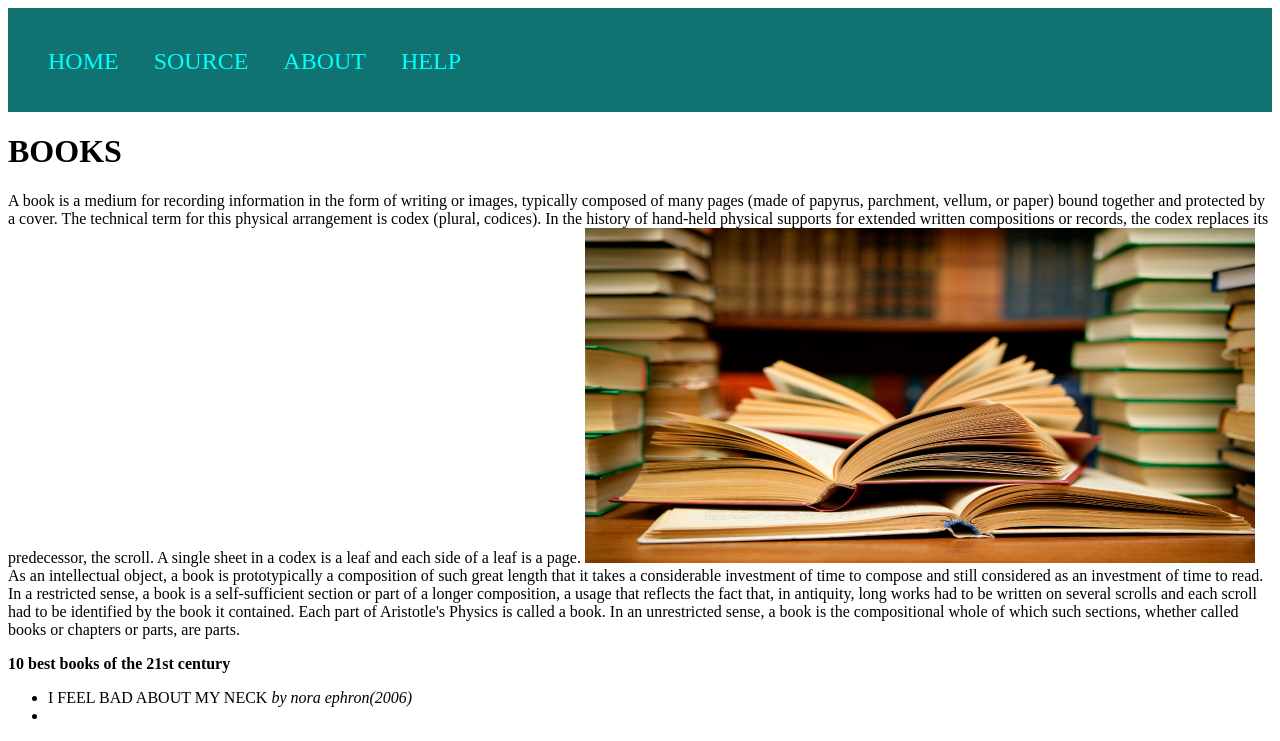
Repository: Hanan-arts/websites
Page: 01 web design/website.html
The author's editor kept a copy of each file at every save. The page is drawn from the files as they stood at one save, then again after the next save.
The browser window is 1280 px wide. The pictures show the whole page.

Above is the page before, as saved 2021-02-13 21:18:08.

### 01 web design/website.html
<!DOCTYPE html>
<html lang="en">
<head>
    <meta charset="UTF-8">
    <meta http-equiv="X-UA-Compatible" content="IE=edge">
    <meta name="viewport" content="width=device-width, initial-scale=1.0">
    <title>BOOKS WORLD</title>
</head>
<link rel="stylesheet" href="c.css">
<body>
    <div class="container">
        <div class="nav-wrapper">
        <div class="left-side">
            <div class="nav-link-wrapper">
                <a href="website.html">HOME</a>
            </div>
            <div class="nav-link-wrapper">
                <a href="Source.html">SOURCE</a>
            </div>
                <div class="nav-link-wrapper">
                    <a href="About.html">ABOUT</a>
                </div>
                    <div class="nav-link-wrapper">
                        <a href="Help.html">HELP</a>
                    </div>
                </div>
            </div>
        </div>
        </div>
        </div>
    </div>
<h1><b>BOOKS</b></h1>
<p>A book is a medium for recording information in the form of writing or images, typically composed of
many pages (made of papyrus, parchment, vellum, or paper) bound together and protected by a cover.
The technical term for this physical arrangement is codex (plural, codices). In the history of
hand-held physical supports for extended written compositions or records, the codex replaces its
predecessor, the scroll. A single sheet in a codex is a leaf and each side of a leaf is a page.
<img src="books-for-survey.jpg" ><br>

As an intellectual object, a book is prototypically a composition of such great length that it takes
a considerable investment of time to compose and still considered as an investment of time to read.
In a restricted sense, a book is a self-sufficient section or part of a longer composition,
a usage that reflects the fact that, in antiquity, long works had to be written on several scrolls and
each scroll had to be identified by the book it contained. Each part of Aristotle's Physics is called a
book.
In an unrestricted sense, a book is the compositional whole of which such sections, whether called books
or chapters or parts,
are parts.
</body>
<p><b>10 best books of the 21st century</b></p>
<p>
    <div>
        <ul>
            <li>I FEEL BAD ABOUT MY NECK <i>by nora ephron(2006)

            </i></li>
            <li></li>

        </ul>
    </div>

</p>

</html>

### 01 web design/c.css
.nav-wrapper{
    display:flex;
    justify-content: space-between;
    padding: 40px;
    background-color: rgb(17, 114, 114);
}
.left-side{
    display: flex;
}
.nav-wrapper > .left-side > div {
    margin-right: 35px;
    font-size: 1.5em;
    text-transform: uppercase;
}
.nav-link-wrapper{
    height: 23px;
    border-bottom: 1.2px solid transparent;
    transition: border-bottom 0.7s;
}
.nav-link-wrapper a {
    color: aqua;
    text-decoration: wavy;
    transition: color 0.7s;
}
.nav-link-wrapper:hover{
    border-bottom: 1.5px solid gray;
}
.nav-link-wrapper a:hover{
    color: gray;
}

After the next save:
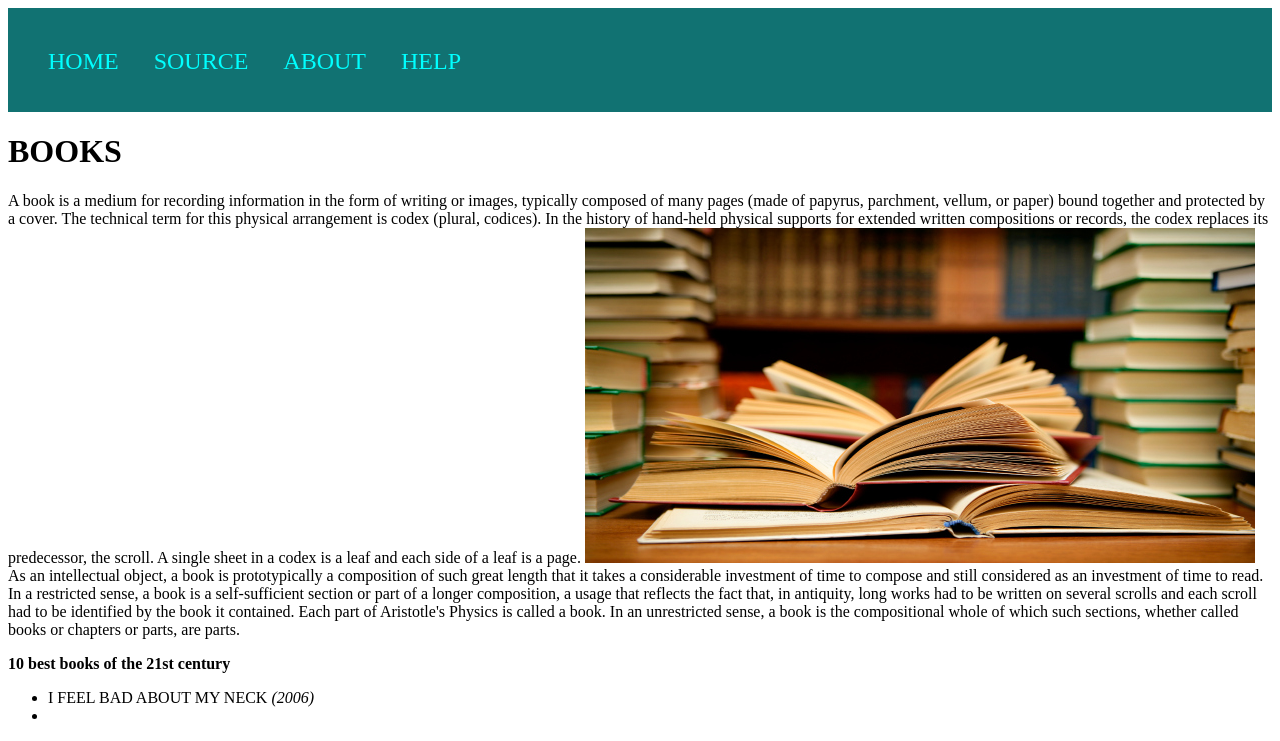
Saved 31 s later.
--- a/01 web design/website.html
+++ b/01 web design/website.html
@@ -51,7 +51,7 @@ are parts.
 <p>
     <div>
         <ul>
-            <li>I FEEL BAD ABOUT MY NECK <i>by nora ephron(2006)
+            <li>I FEEL BAD ABOUT MY NECK <i>(2006)
 
             </i></li>
             <li></li>
